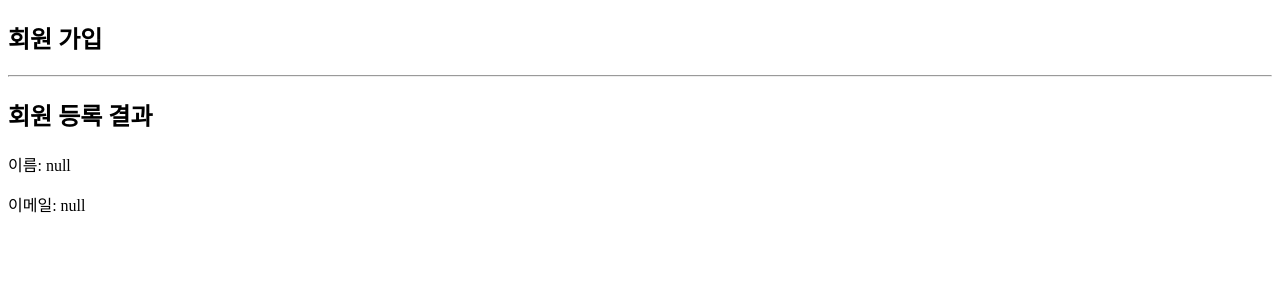
Repository: taiseidesu97/space_jspworks
Page: http://localhost/jweb0/register
An editor plug-in stored every save of this project. The page is shown before and after the next save, followed by the edit.
The browser window is 1280 px wide. The pictures show the whole page.
The page is served by Tomcat 10.

Above is the page before, as saved 2025-10-02 03:59:06.

After the next save:
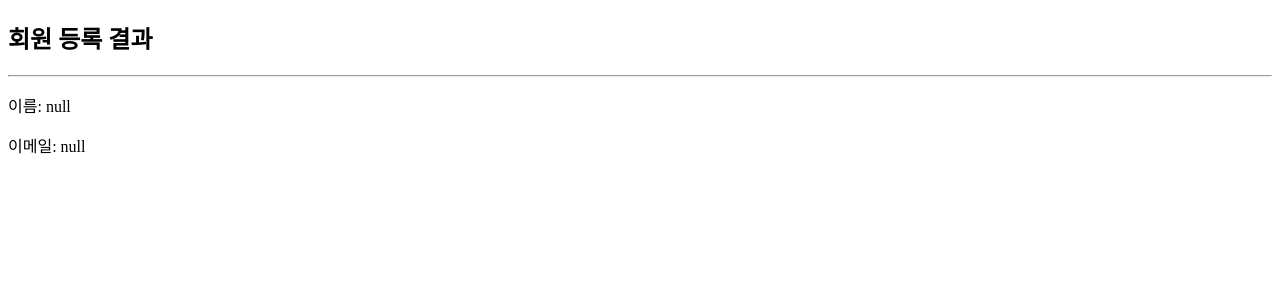
Saved 118 s later.
--- a/jweb0/src/main/java/servlet/RegisterServlet.java
+++ b/jweb0/src/main/java/servlet/RegisterServlet.java
@@ -34,9 +34,8 @@ public class RegisterServlet extends HttpServlet {
 
 				//HTTP응답
 				out.println("<!DOCTYPE html><html>");
-				out.println("<head><title>Hello Servlet</title></head>");
-				out.println("<body><h2>회원 가입</h2><hr>");
-				out.println("<body><h2>회원 등록 결과</h2></body>");
+				out.println("<head><title>회원 가입</title></head>");
+				out.println("<body><h2>회원 등록 결과</h2><hr>");
 				out.println("<p>이름: " + name + "</p>");
 				out.println("<p>이메일: " + email + "</p>");
 				out.println("</body></html>");
